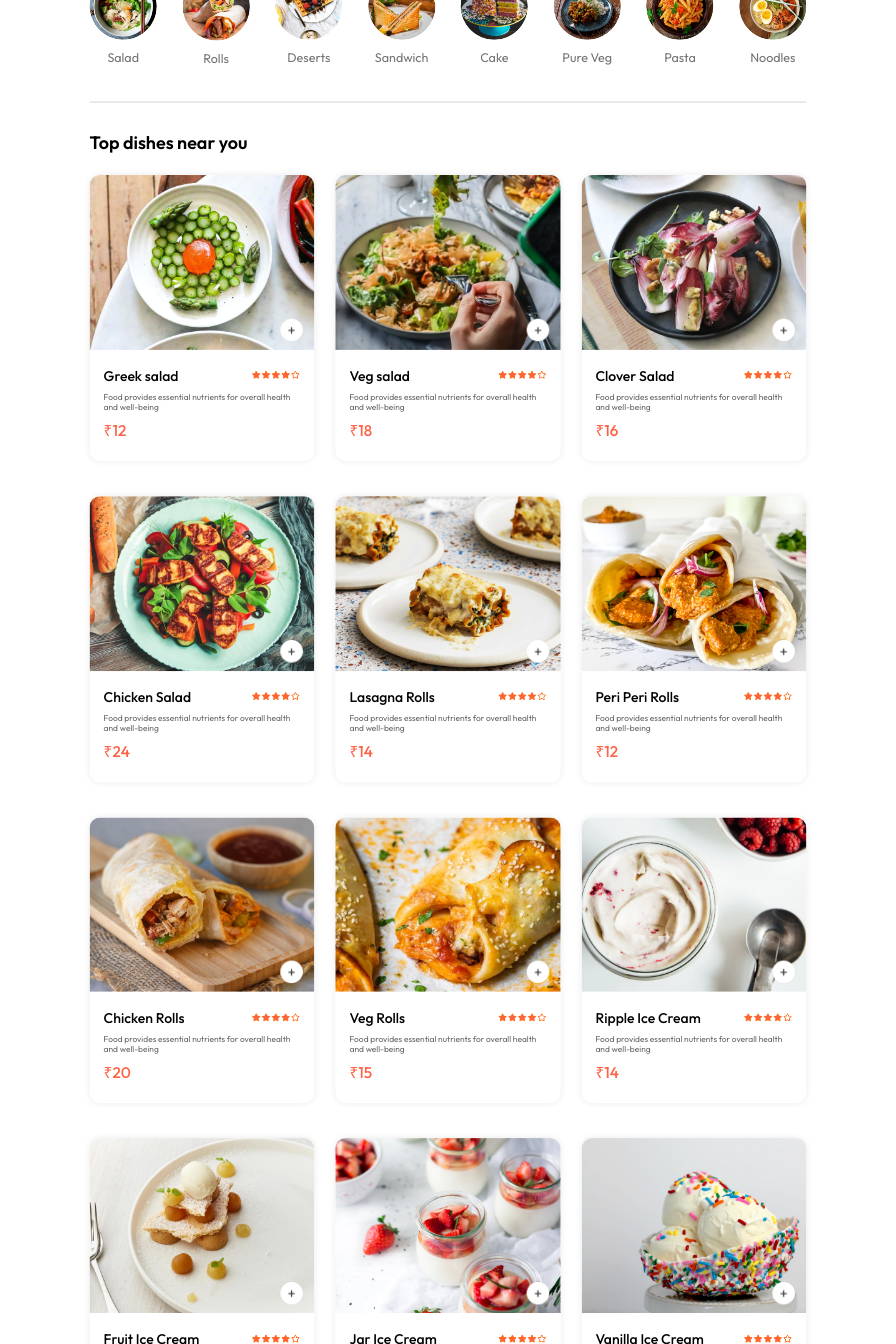
Repository: KartikChouhan03/food-delivery-app
Page: / (app in frontend/)
These files come from the project's save history. The page is drawn as it stood at one moment and after a run of saves; the edit follows.
The browser window is 1280 px wide. The pictures show the part of the page from y = 777 to 2697 px (the page is 6803 px tall before and 1805 px after), at 70% of full size.
Some web fonts or font styles are not loaded; a fallback is used. The project was rebuilt for these pictures with package versions that can differ from the ones it lists, and the page was loaded fresh each time. Also part of the build but not shown: frontend/vite.config.js, frontend/src/pages/Cart/Cart.css, frontend/src/pages/Cart/Cart.jsx, frontend/src/pages/PlaceOrder/PlaceOrder.css, frontend/src/pages/PlaceOrder/PlaceOrder.jsx, frontend/src/components/LoginPopup/LoginPopup.css, frontend/src/components/LoginPopup/LoginPopup.jsx.

Above is the page before, as saved 2025-08-17 17:07:08.

After the next 2 saves:
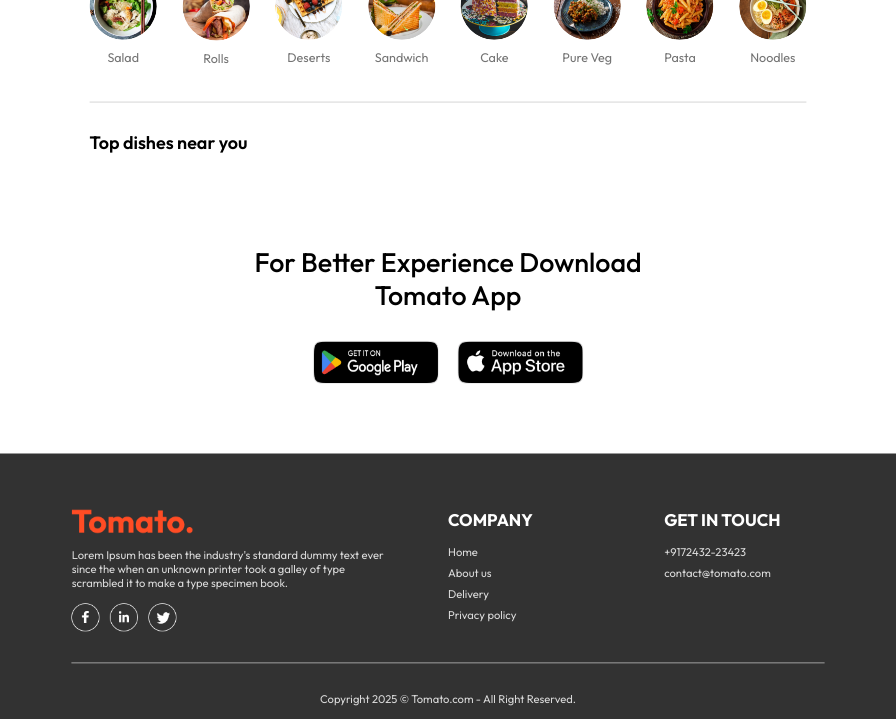
The 2 saves are shown as one change because they came seconds apart.
The last was saved 115 s later.
--- a/frontend/src/context/StoreContext.jsx
+++ b/frontend/src/context/StoreContext.jsx
@@ -1,5 +1,5 @@
 import { createContext, useEffect, useState } from "react";
-import { food_list } from "../assets/assets";
+
 
 
 export const StoreContext = createContext(null)
@@ -10,6 +10,8 @@ const StoreContextProvider = (props) =>{
 
     const url = 'http://localhost:4000'
     const [token,setToken] = useState("");
+
+    const [food_list,setFoodList] = useState([])
 
     const addToCart =(itemId)=>{
         if(!cartItems[itemId]){
